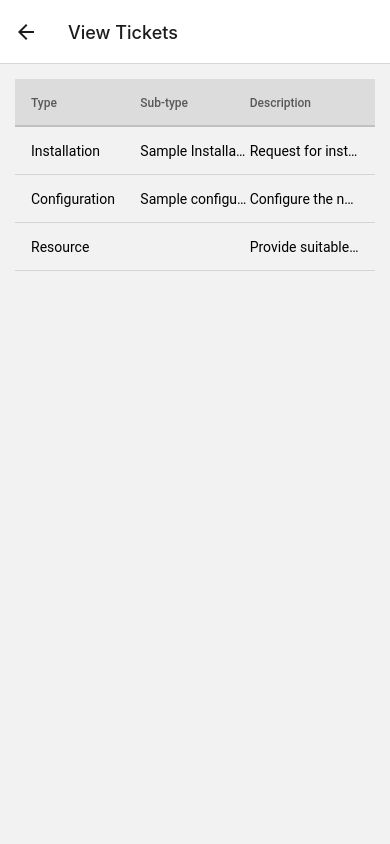
Repository: VishnuJG/Metro-Employee-App
Screen: /View Tickets
The author's editor kept a copy of each file at every save. The screen is drawn from the files as they stood at one save, then again after the next save.
The app was drawn by React Native's web renderer in a window 390 px wide. The project was rebuilt for these pictures with package versions that can differ from the ones it lists, and the page was loaded fresh each time. Some packages were replaced by stand-ins written for this rebuild. Also part of the build but not shown: components/Task.js, components/EmployeeForm.js.

Above is the screen before, as saved 2022-06-30 16:04:05.

### App.js
import { StatusBar } from 'expo-status-bar';
import React, { useState,useEffect } from "react";
import { StyleSheet, Text, View, TextInput, Button, Alert} from 'react-native';
import { useDimensions } from '@react-native-community/hooks';
import Task from './components/Task';
import { NavigationContainer } from '@react-navigation/native';
import { createNativeStackNavigator } from '@react-navigation/native-stack';
import EmployeeForm from './components/EmployeeForm';
import Home from './components/Home';
import EmployeeTable from './components/EmployeeTable';

const Stack = createNativeStackNavigator();

export default function App() {

  return (
    <NavigationContainer>
      <Stack.Navigator>
        <Stack.Screen
          name="Home"
          component={Home}
          options={{ title: 'Home' }}
        />
        <Stack.Screen name="Add Ticket" component={EmployeeForm} />
        <Stack.Screen name="View Tickets" component={EmployeeTable} />
      </Stack.Navigator>
    </NavigationContainer>
  );

}

### components/Home.js
import { StatusBar } from 'expo-status-bar';
import { StyleSheet, Text,Button, View } from 'react-native';

export default function Home({ navigation }) {
  return (
    <View style={styles.container}>

        <View style={styles.button}>
          <Button title="Add Employee"
              onPress={() =>
                  navigation.navigate('Add Ticket')
              }
          />
        </View>

        <View style={styles.button}>
          <Button title="View Employees"
              onPress={() =>
                  navigation.navigate('View Tickets')
              }
          />
        </View>

    </View>
  );
}

const styles = StyleSheet.create({
  container: {
    flex: 1,
    backgroundColor: '#fff',
    alignItems: 'center',
    justifyContent: 'center',
  },
  button:{
    margin:20
  }
});

### components/EmployeeTable.js
import React from 'react';
import { StyleSheet,Alert } from 'react-native';
import { DataTable } from 'react-native-paper';

const employees = [
    {
        name:'Installation',
        email:'Sample Installation',
        location:'Request for installation of the sample bot'
    },
    {
        name:'Configuration',
        email:'Sample configuration',
        location:'Configure the new sample demo bot as soon as possible'
    },
    {
        name:'Resource',
        email:'',
        location:'Provide suitable resource for work'
    },

]

const EmployeeTable = () => {
return (
	<DataTable style={styles.container}>

	<DataTable.Header style={styles.tableHeader}>
		<DataTable.Title>Type</DataTable.Title>
		<DataTable.Title>Sub-type</DataTable.Title>
		<DataTable.Title>Description</DataTable.Title>
	</DataTable.Header>

    {
        employees.map(emp => {
            return(
                <DataTable.Row key={emp.email} onPress={()=>{Alert.alert('Employee Data', `Ticket Type : ${emp.name}\nTicket Sub-type : ${emp.email}\nTicket Description : ${emp.location}`)}}>
                    <DataTable.Cell>{emp.name}</DataTable.Cell>
                    <DataTable.Cell>{emp.email}</DataTable.Cell>
                    <DataTable.Cell>{emp.location}</DataTable.Cell>
                </DataTable.Row>
            )
        })
    }

	</DataTable>
);
};

export default EmployeeTable;

const styles = StyleSheet.create({
container: {
	padding: 15,
},
tableHeader: {
	backgroundColor: '#DCDCDC',
},
});

After the next save:
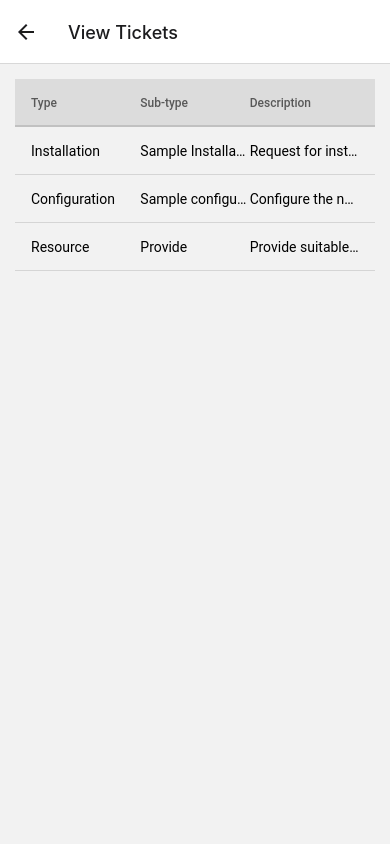
Saved 4 s later.
--- a/components/EmployeeTable.js
+++ b/components/EmployeeTable.js
@@ -15,7 +15,7 @@ const employees = [
     },
     {
         name:'Resource',
-        email:'',
+        email:'Provide ',
         location:'Provide suitable resource for work'
     },
 
